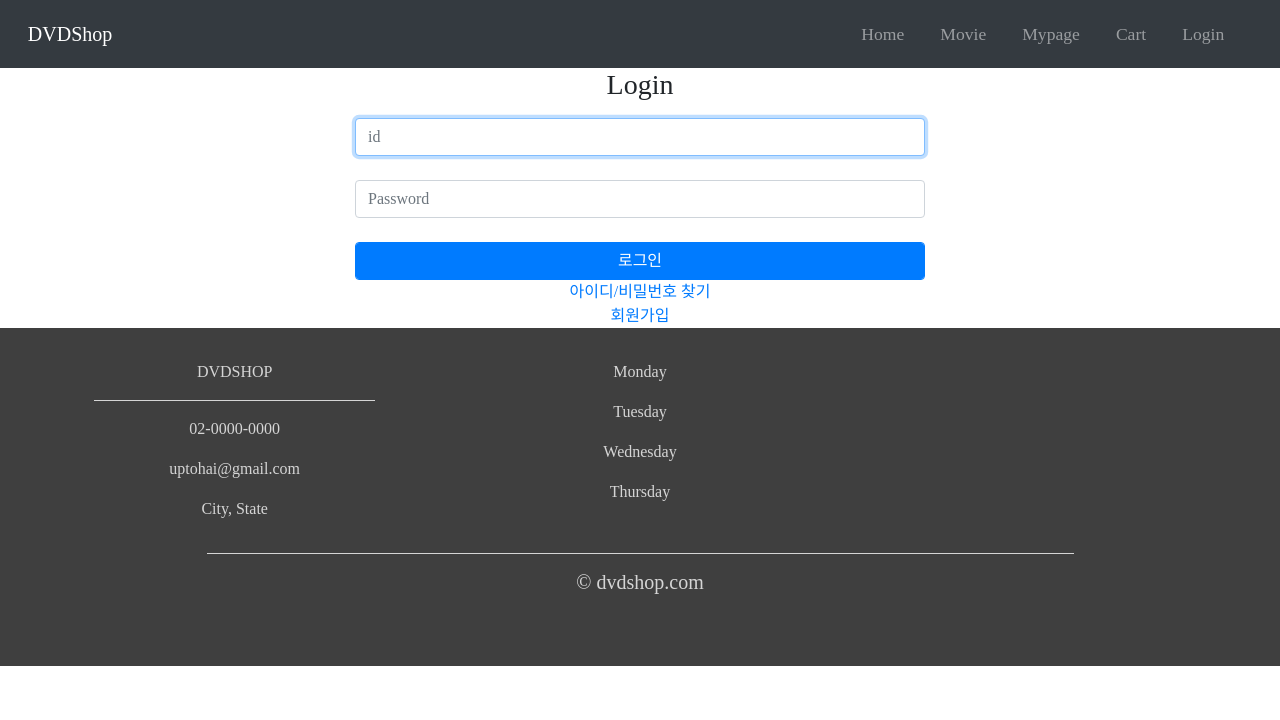
Repository: afterup/dvdshop
Page: http://localhost/shop_project/view/user/login_fail.jsp
An editor plug-in stored every save of this project. The page is shown before and after the next save, followed by the edit.
The browser window is 1280 px wide. The pictures show the whole page.
The page is served by Tomcat 9.

Above is the page before, as saved 2019-08-14 07:18:16.

After the next save:
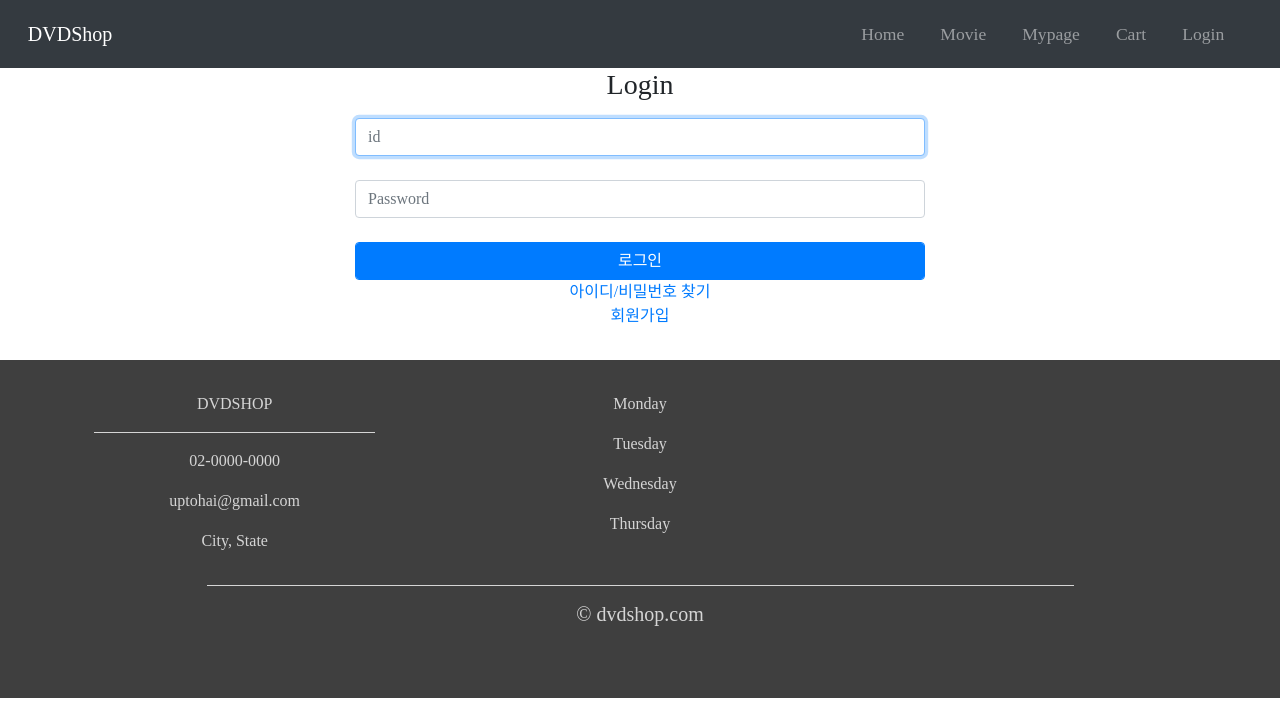
Saved 9 s later.
--- a/shop_project/WebContent/view/user/login_fail.jsp
+++ b/shop_project/WebContent/view/user/login_fail.jsp
@@ -28,7 +28,7 @@
 	<%@ include file="/view/common/header.jsp" %>
     <!-- main-->
 
-    <div class="container text-center">
+    <div class="container text-center padding">
         <div class="">
             <div class="panel panel-successs">
                 <div class="panel-heading">
